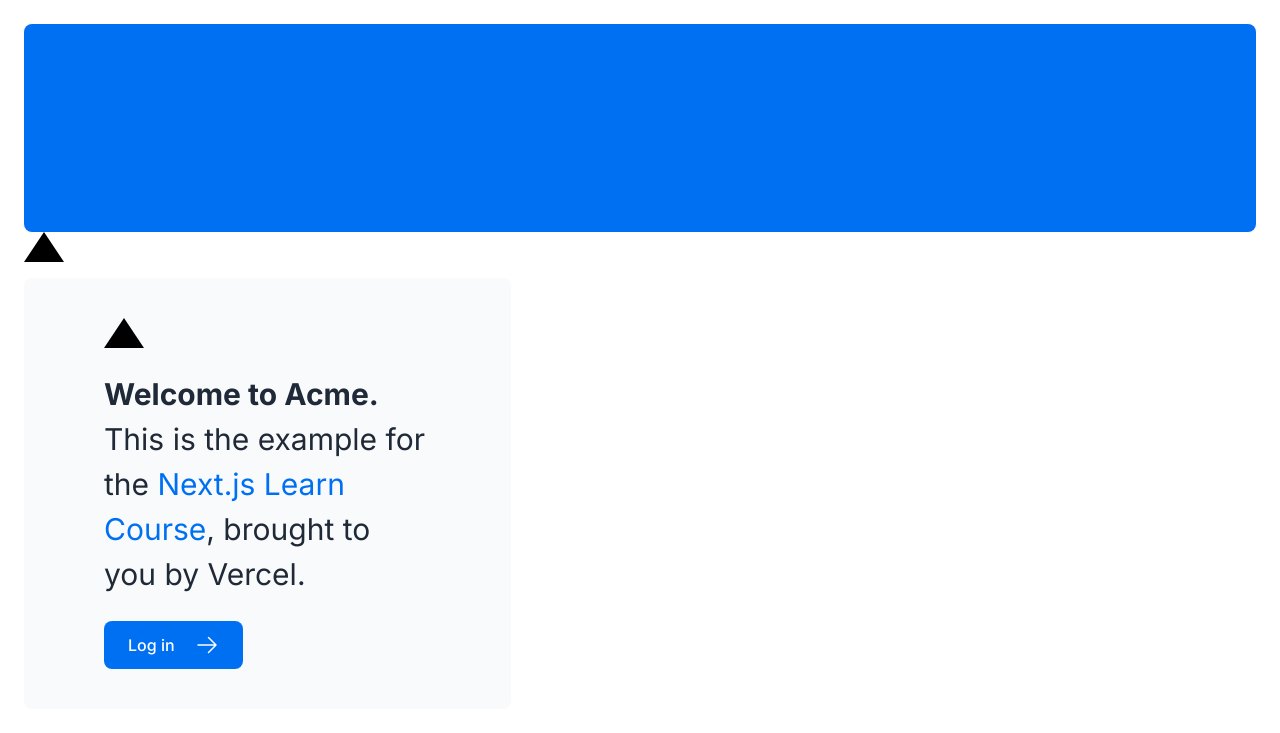
Repository: starsky886/nextjs-dashboard
Page: /
The author's editor kept a copy of each file at every save. The page is drawn from the files as they stood at one save, then again after a run of saves.
The browser window is 1280 px wide. The pictures show the whole page.
Some web fonts or font styles are not loaded; a fallback is used. The project was rebuilt for these pictures with package versions that can differ from the ones it lists, and the page was loaded fresh each time. The framework's server and built-in components were replaced by stand-ins that run in the browser. Also part of the build but not shown: next.config.js.

Above is the page before, as saved 2024-03-26 20:19:34.

After the next 2 saves:
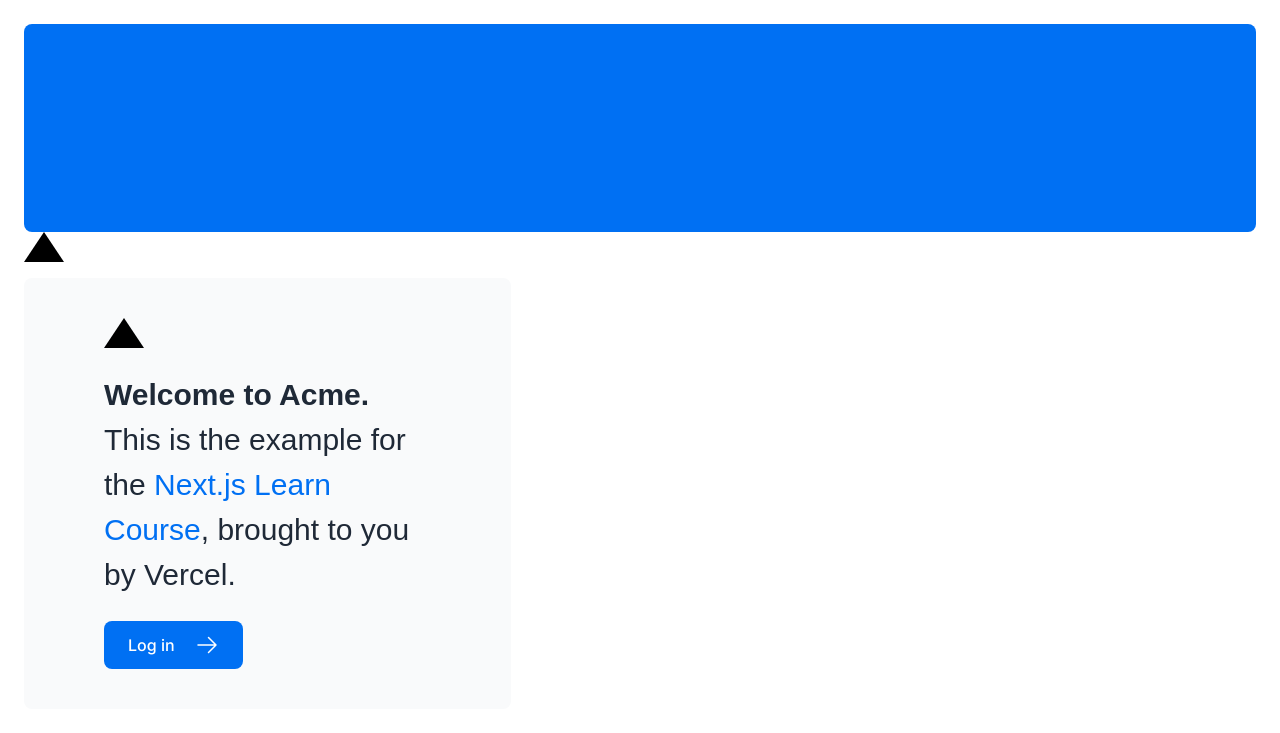
The 2 saves are shown as one change because they came seconds apart.
The last was saved 72 s later.
--- a/app/page.tsx
+++ b/app/page.tsx
@@ -10,14 +10,11 @@
       <div className="flex h-20 shrink-0 items-end rounded-lg bg-blue-500 p-4 md:h-52">
         {/* <AcmeLogo /> */}
       </div>
-      <p
-        className={`${lusitana.className} text-xl text-gray-800 md:text-3xl md:leading-normal`}
-      ></p>
       <div className={styles.shape}></div>
       <div className="mt-4 flex grow flex-col gap-4 md:flex-row">
         <div className="flex flex-col justify-center gap-6 rounded-lg bg-gray-50 px-6 py-10 md:w-2/5 md:px-20">
           <p className="h-0 w-0 border-b-[30px] border-l-[20px] border-r-[20px] border-b-black border-l-transparent border-r-transparent"></p>
-          <p className={`text-xl text-gray-800 md:text-3xl md:leading-normal`}>
+          <p className={`${lusitana.className} text-xl text-gray-800 md:text-3xl md:leading-normal`}>
             <strong>Welcome to Acme.</strong> This is the example for the{' '}
             <a href="https://nextjs.org/learn/" className="text-blue-500">
               Next.js Learn Course
